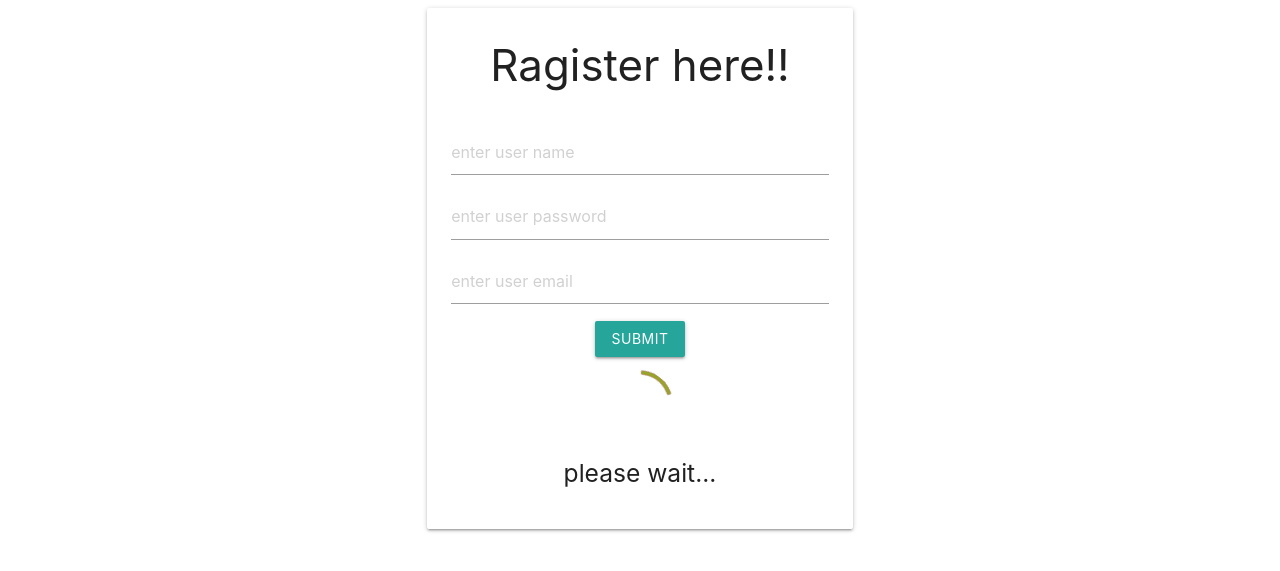
Repository: mubashirkhan1/Corejsvs__Programs
Page: http://localhost/TestWeb/WebContent/register.jsp
These files come from the project's save history. The page is drawn as it stood at one moment and after the next save; the edit follows.
The browser window is 1280 px wide. The pictures show the whole page.
The page is served by Tomcat 9. Other server files are loaded and not shown.

Above is the page before, as saved 2021-03-09 21:43:23.

### basicprogram/TestWeb/WebContent/register.jsp
<%@ page language="java" contentType="text/html; charset=ISO-8859-1"
    pageEncoding="ISO-8859-1"%>
<!DOCTYPE html>
<html>
<head>
<meta charset="ISO-8859-1">
<title>Insert title here</title>


    <!-- Compiled and minified CSS -->
    <link rel="stylesheet" href="https://cdnjs.cloudflare.com/ajax/libs/materialize/1.0.0/css/materialize.min.css">

    <!-- Compiled and minified JavaScript -->
    <script src="https://cdnjs.cloudflare.com/ajax/libs/materialize/1.0.0/js/materialize.min.js"></script>

</head>
<body>
<div class="container">
	<div class="row">
		<div class="col m6  offset-m3">

		 <div class="card">

		<div class="card-content">
		<h3 style="margin-top:10px;" class ="center">Ragister here!!<h3>
		<div class="form center-align">
			<form action="rag1" method="get" id="myform">
				<input type="text" name="username" placeholder="enter user name">
					<input type="password" name="userpassword" placeholder="enter user password">
					<input type="email" name="useremail" placeholder="enter user email">
						<button type="submit"  class="btn" > submit</button>
					</form>
					<div class="loader center-align" style="margin-top:10px ;display=none;">

    <div class="preloader-wrapper big active">
      <div class="spinner-layer spinner-blue">
        <div class="circle-clipper left">
          <div class="circle"></div>
        </div><div class="gap-patch">
          <div class="circle"></div>
        </div><div class="circle-clipper right">
          <div class="circle"></div>
        </div>
      </div>

      <div class="spinner-layer spinner-red">
        <div class="circle-clipper left">
          <div class="circle"></div>
        </div><div class="gap-patch">
          <div class="circle"></div>
        </div><div class="circle-clipper right">
          <div class="circle"></div>
        </div>
      </div>

      <div class="spinner-layer spinner-yellow">
        <div class="circle-clipper left">
          <div class="circle"></div>
        </div><div class="gap-patch">
          <div class="circle"></div>
        </div><div class="circle-clipper right">
          <div class="circle"></div>
        </div>
      </div>

      <div class="spinner-layer spinner-green">
        <div class="circle-clipper left">
          <div class="circle"></div>
        </div><div class="gap-patch">
          <div class="circle"></div>
        </div><div class="circle-clipper right">
          <div class="circle"></div>
        </div>
      </div>
		</div>
		<h5>please wait...</h5>
		   <script
		  src="https://code.jquery.com/jquery-3.6.0.js"
		  integrity="sha256-H+K7U5CnXl1h5ywQfKtSj8PCmoN9aaq30gDh27Xc0jk="
		  crossorigin="anonymous">
		   </script>

		      <script>
		      $(document).ready(function(){
		    	  console.log("page is ready...........")

		    	  $("#myform").on('submit',function(event)
		    	  {
		    		  event.preventDefault();
		    		   var f=(this).serialize();
		    		   console.log(f);

		    		   $.ajax({

		    			   url:"rag1",data: f,type:'get',succes: function (data ,textStatus,jqXHR)
		    			   {
		    				   console.log(data);
		    				   console.log(success)
		    			   },error: function(jqXHR,textStatus,errorThrown){
		    				   console.log(data);
		    				   console.log(error);

		    			   }
		    		   })
		    	  })
		      })


		     </script>

</body>
</html>

After the next save:
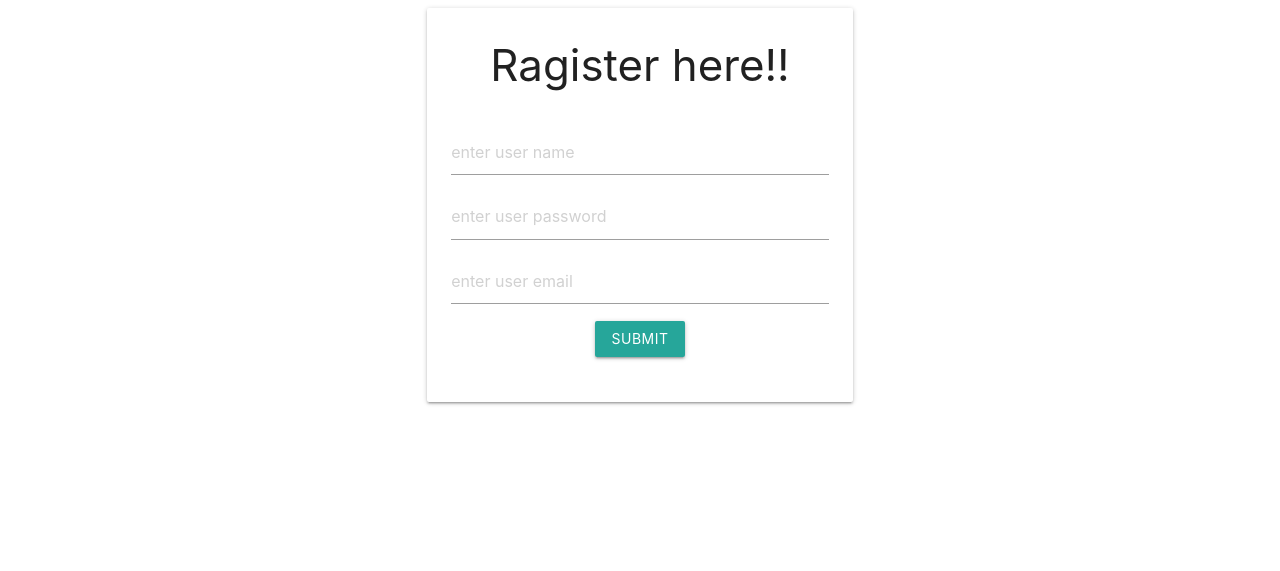
Saved 17 s later.
--- a/basicprogram/TestWeb/WebContent/register.jsp
+++ b/basicprogram/TestWeb/WebContent/register.jsp
@@ -30,7 +30,7 @@
 					<input type="email" name="useremail" placeholder="enter user email">
 						<button type="submit"  class="btn" > submit</button>
 					</form>
-					<div class="loader center-align" style="margin-top:10px ;display=none;">
+					<div class="loader center-align" style="margin-top:10px ;display:none;">
 
     <div class="preloader-wrapper big active">
       <div class="spinner-layer spinner-blue">
